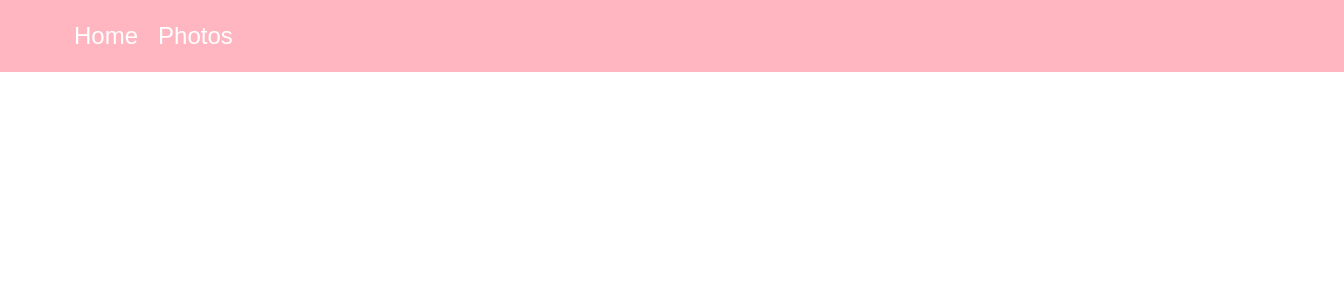
Repository: josephinel6/simple-editing
Page: navigation.html
An editor plug-in stored every save of this project. The page is shown before and after the next save, followed by the edit.
The browser window is 1280 px wide. The page is 1344 px wide, then 1300 px, so the pictures cover 1344 px, including what lies to the right of the window. The pictures show the whole page.

Above is the page before, as saved 2023-05-23 09:26:44.

After the next save:
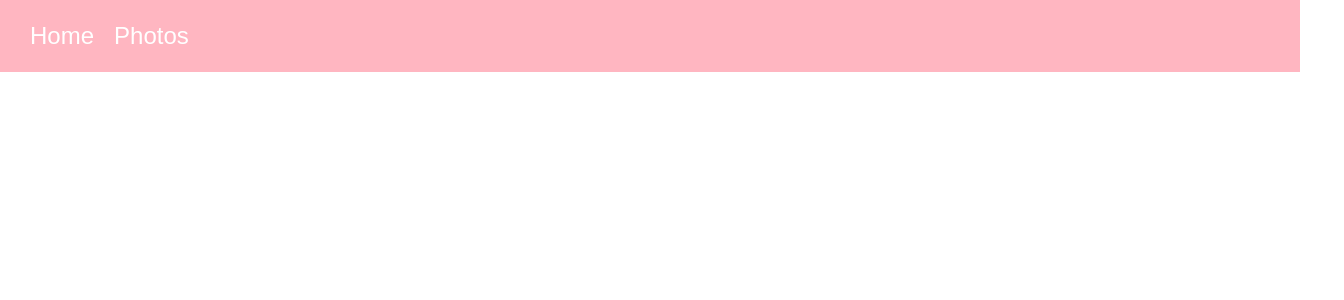
Saved 6 s later.
--- a/navigation.html
+++ b/navigation.html
@@ -15,7 +15,7 @@
 
 <body style="margin: 0; padding: 0">
     <div
-        style="height: 10%; width: 100%; background-color: lightpink; align-items: center; display: flex; padding-left: 5%">
+        style="height: 10%; width: 100%; background-color: lightpink; align-items: center; display: flex; padding-left: 20px">
         <h2 class="menutab"> Home </h2>
         <h2 class="menutab"> Photos </h2>
     </div>
